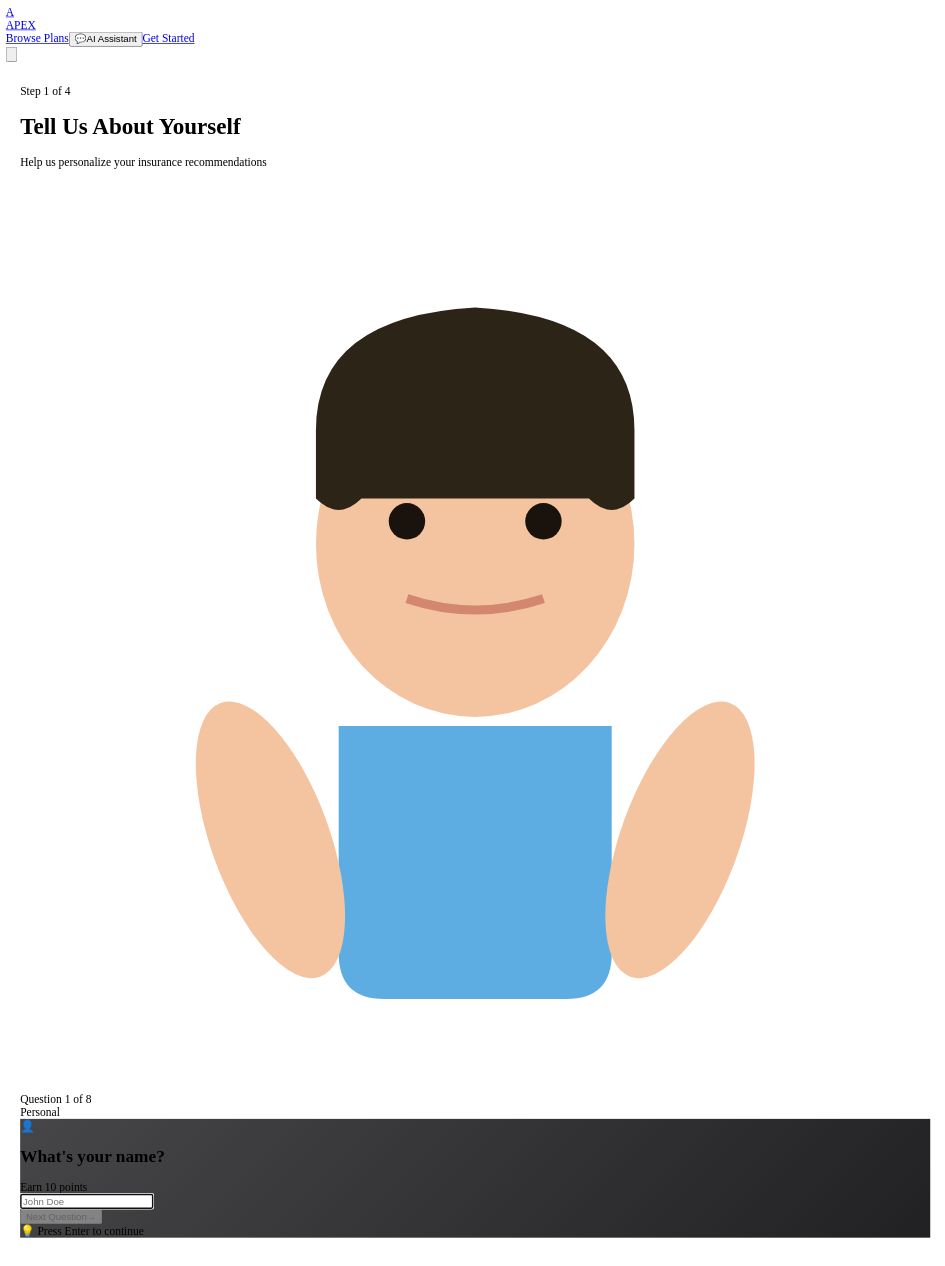
Repository: hmhhmm/Apex-AI-Driven-Insurance-Recommendation-System
Page: /onboarding/quick-assessment (app in client/)
The author's editor kept a copy of each file at every save. The page is drawn from the files as they stood at one save, then again after the next save.
The browser window is 1280 px wide. The page is 1312 px wide, so the pictures cover 1312 px, including what lies to the right of the window. The pictures show the whole page, at 72% of full size.
The project was rebuilt for these pictures with package versions that can differ from the ones it lists, and the page was loaded fresh each time. Also part of the build but not shown: client/src/components/chat/ChatHeader.tsx, client/src/components/chat/ChatMessages.tsx, client/src/components/chat/QuickActions.tsx, client/src/components/chat/ChatInput.tsx, client/src/components/landing/ParticleBackground.tsx, client/src/components/landing/AnimatedHero.tsx, client/src/components/landing/DashboardCard.tsx, client/src/pages/Landing.tsx and 11 more.

Above is the page before, as saved 2025-11-01 21:14:02.

After the next save:
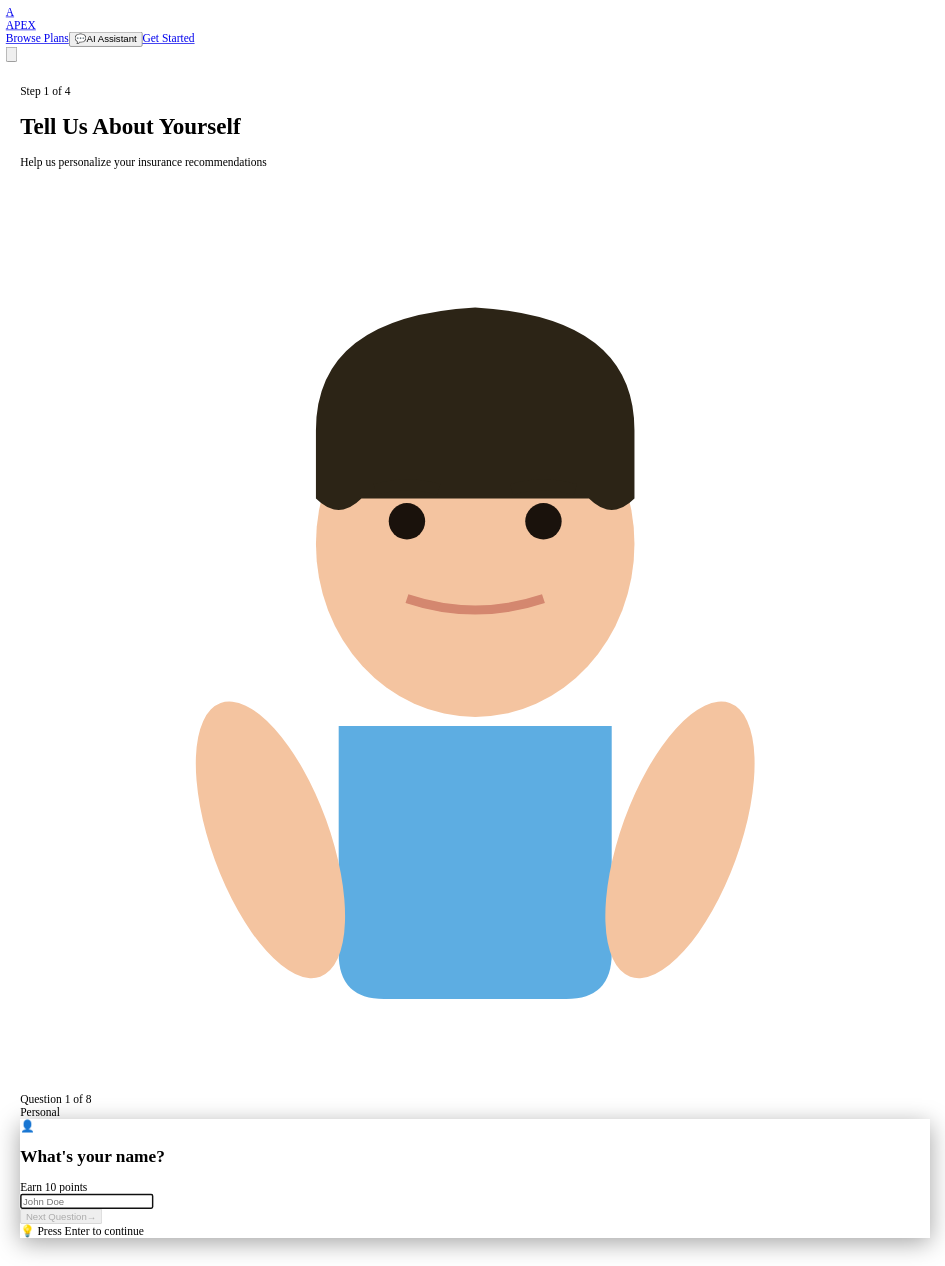
Saved 15 s later.
--- a/client/src/pages/onboarding/QuickAssessment.tsx
+++ b/client/src/pages/onboarding/QuickAssessment.tsx
@@ -237,13 +237,13 @@ export default function QuickAssessment() {
         <AnimatePresence mode="wait">
           <motion.div
             key={currentStep}
-            initial={{ opacity: 0, x: 100, rotateY: -90 }}
-            animate={{ opacity: 1, x: 0, rotateY: 0 }}
-            exit={{ opacity: 0, x: -100, rotateY: 90 }}
-            transition={{ duration: 0.4, ease: "easeOut" }}
-            className="glass-effect rounded-3xl p-8 border border-zinc-800/50 shadow-2xl backdrop-blur-xl"
+            initial={{ opacity: 0, y: 20 }}
+            animate={{ opacity: 1, y: 0 }}
+            exit={{ opacity: 0, y: -20 }}
+            transition={{ duration: 0.3, ease: "easeOut" }}
+            className="backdrop-blur-2xl bg-gradient-to-br from-white/[0.07] to-white/[0.02] border border-white/10 rounded-3xl p-8 shadow-2xl"
             style={{
-              background: 'linear-gradient(135deg, rgba(24, 24, 27, 0.8) 0%, rgba(9, 9, 11, 0.9) 100%)'
+              boxShadow: '0 8px 32px 0 rgba(0, 0, 0, 0.37)'
             }}
           >
             {/* Question Header */}
